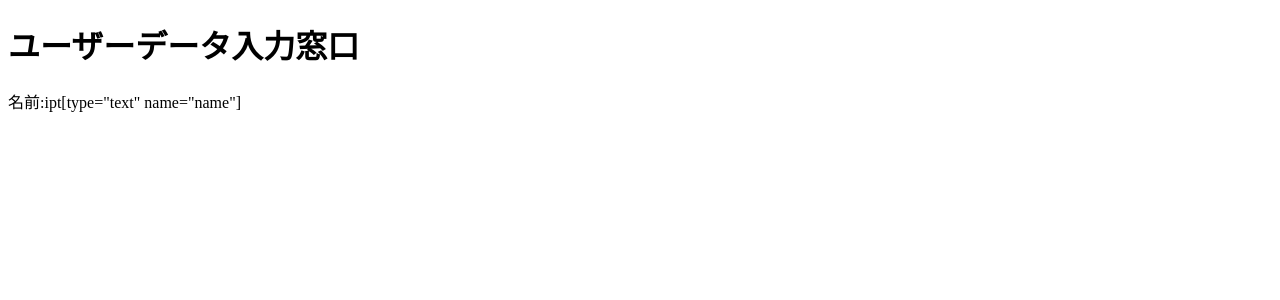
Repository: isopets/next-market
Page: form2.html
The author's editor kept a copy of each file at every save. The page is drawn from the files as they stood at one save, then again after the next save.
The browser window is 1280 px wide. The pictures show the whole page.

Above is the page before, as saved 2022-06-08 00:48:42.

### form2.html
<!DOCTYPE html>
<html lang="en">

<head>
    <meta charset="UTF-8">
    <meta http-equiv="X-UA-Compatible" content="IE=edge">
    <meta name="viewport" content="width=device-width, initial-scale=1.0">
    <title>Document</title>
</head>

<body>
    <h1>ユーザーデータ入力窓口</h1>
    <form action="http://localhost:3000/api/user/register" method="POST">
        名前:ipt[type="text" name="name"]
    </form>
</body>

</html>

After the next save:
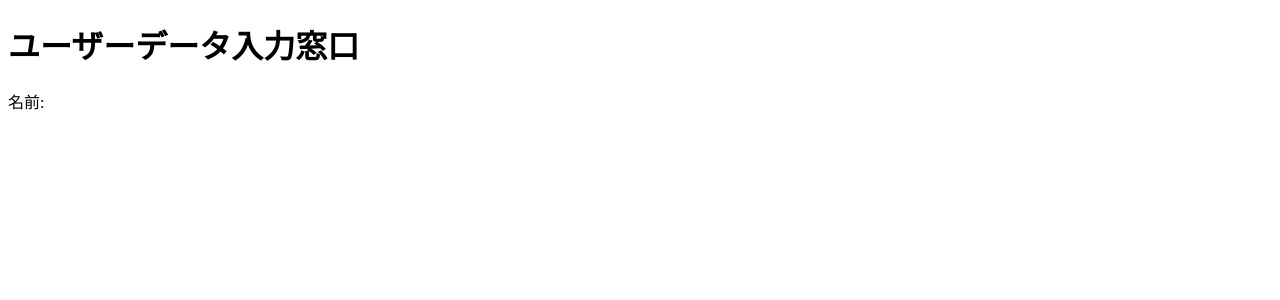
Saved 67 s later.
--- a/form2.html
+++ b/form2.html
@@ -11,7 +11,7 @@
 <body>
     <h1>ユーザーデータ入力窓口</h1>
     <form action="http://localhost:3000/api/user/register" method="POST">
-        名前:ipt[type="text" name="name"]
+        名前:
     </form>
 </body>
 
